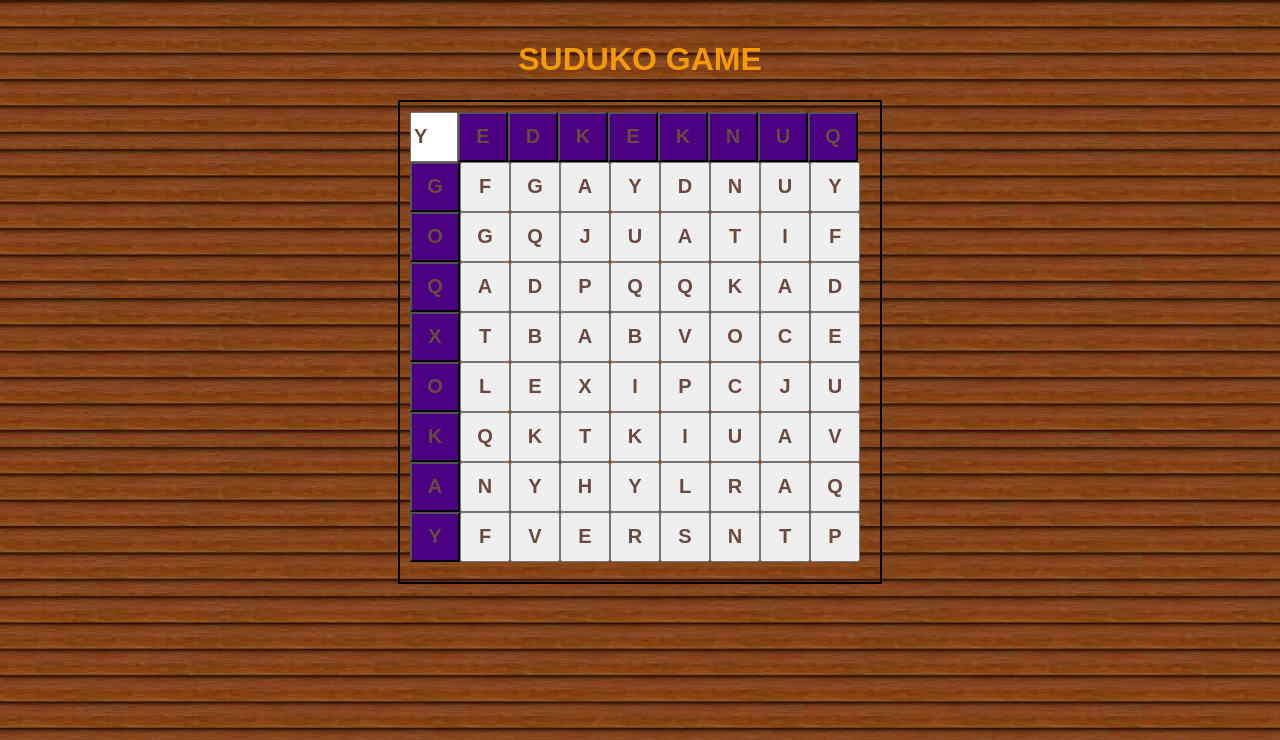
Repository: ahmad8969/Suduko-Game-React-App
Page: /, after clicking the first element matching `#\30 0`
The author's editor kept a copy of each file at every save. The page is drawn from the files as they stood at one save, then again after the next save.
The browser window is 1280 px wide. The pictures show the whole page.
Some web fonts or font styles are not loaded; a fallback is used. The project was rebuilt for these pictures with package versions that can differ from the ones it lists, and the page was loaded fresh each time.

Above is the page before, as saved 2021-03-04 19:12:50.

### src/index.js
import React from 'react';
import ReactDOM from 'react-dom';
import './index.css';
import Board from './board';
import reportWebVitals from './reportWebVitals';

ReactDOM.render(
  <React.StrictMode>
    <Board />
  </React.StrictMode>,
  document.getElementById('root')
);

// If you want to start measuring performance in your app, pass a function
// to log results (for example: reportWebVitals(console.log))
// or send to an analytics endpoint. Learn more: https://bit.ly/CRA-vitals
reportWebVitals();

### src/board.js
import React  from 'react';   //{useState}
import './App.css';
import Block from './components/block'
import NineBlock from './components/nineBlockComponent';


function Board () {
  const nine_block_Element_into_Nine = [1,2,3,4,5,6,7,8,9];
  const single_block_Into_Nine = [1,2,3,4,5,6,7,8,9];
  // const [isClicked,  setIsClicked]= useState(false);


  const Click = (idOfSpecificButton,i,j,e) =>{
    document.getElementById(idOfSpecificButton).style.color="green"
    XaxisSelection(i);
    YaxisSelection(j);
    DiagonalSelectionUpward(idOfSpecificButton);
    DiagonalSelectionDownward(idOfSpecificButton);
    DiagonalSelectionDownwardLeftDown(idOfSpecificButton);
    DiagonalSelectionUpwardLeftUp(idOfSpecificButton);
    // setIsClicked(idOfSpecificButton);
  }
  const XaxisSelection = (i)=>{
    for(let xAxis= 0; xAxis<=8; xAxis++){
      let creatId= i+ xAxis;
      document.getElementById(creatId).style.backgroundColor="indigo"
    }
  }

  const YaxisSelection = (i)=> {
    for(let xAxis1= 0; xAxis1<=8; xAxis1++){
      let creatId=  xAxis1 +i;

      document.getElementById(creatId).style.backgroundColor="indigo"
    }
  }

  const DiagonalSelectionUpward = (selectedId)=>{
  let array_of_length= nine_block_Element_into_Nine.length;
  console.log(array_of_length);
  console.log(typeof(array_of_length));
  let get_the_id_of_current_box= parseInt(selectedId);
  console.log(get_the_id_of_current_box);
    for(let hello=get_the_id_of_current_box; hello>=0; hello-=array_of_length){
      if(hello<=9){
        if(hello==9){
          return;
        }else{
        var concatination = 0+`${hello}`;
        document.getElementById(concatination).style.backgroundColor="indigo";}
      } else if(hello==19 || hello==29 || hello==39 || hello==49 || hello==59 || hello==69 || hello==79){
        return;
      }
      else{
        document.getElementById(hello).style.backgroundColor="indigo";
      }

    }
  }
        const DiagonalSelectionUpwardLeftUp = (selectedId)=>{
          let array_of_length= 2 + nine_block_Element_into_Nine.length;
          console.log(array_of_length);
          console.log(typeof(array_of_length));
          let get_the_id_of_current_box= parseInt(selectedId);
          console.log(get_the_id_of_current_box);
            for(let hello=get_the_id_of_current_box; hello>=0; hello-=array_of_length){
              if(hello<=9){
                var concatination = 0+`${hello}`;
                document.getElementById(concatination).style.backgroundColor="indigo";
                return;

              } else if( hello==9 || hello==19 || hello==29 || hello==39 || hello==49 || hello==59 || hello==69 || hello==79){
                return;
              }
              else{
                document.getElementById(hello).style.backgroundColor="indigo";
              }

            }
          }


        const DiagonalSelectionDownward= (selectedId)=>{
          let array_of_length= nine_block_Element_into_Nine.length;
          console.log(array_of_length);
          console.log(typeof(array_of_length));
          let get_the_id_of_current_box= parseInt(selectedId);
          console.log(get_the_id_of_current_box);
    for(let hello=get_the_id_of_current_box; hello<=88; hello+=array_of_length){
      if(hello==0){
        return;
      }
      else if(hello<=9){
        var concatination = 0+`${hello}`;
        document.getElementById(concatination).style.backgroundColor="indigo";
      } else if(hello==19 || hello==29 || hello==39 || hello==49 || hello==59 || hello==69 || hello==79){
        return;
      }
      else{
        document.getElementById(hello).style.backgroundColor="indigo";
      }

    }
        }
        const DiagonalSelectionDownwardLeftDown= (selectedId)=>{
          let array_of_length= 2 +  nine_block_Element_into_Nine.length;
  console.log(array_of_length);
  console.log(typeof(array_of_length));
  let get_the_id_of_current_box= parseInt(selectedId);
  console.log(get_the_id_of_current_box);
    for(let hello=get_the_id_of_current_box; hello<=88; hello+=array_of_length){
      if(hello==0){
        return;
      }
      else if(hello<=9){
        var concatination = 0+`${hello}`;
        document.getElementById(concatination).style.backgroundColor="indigo";
      } else if( hello==19 || hello==29 || hello==39 || hello==49 || hello==59 || hello==69 || hello==79){
        return;
      }
      else{
        document.getElementById(hello).style.backgroundColor="indigo";
      }

    }
        }
        const gettingRandomNumber = () => {
          let random = Math.floor(Math.random() * (65 - 90)) + 90;
          const character = String.fromCharCode(random);
          return character;
        }



  return (

    <div className="App">
    <h1>SUDUKO GAME </h1>
    <div className="board_nine_block_Style">
    {nine_block_Element_into_Nine.map((s,i)=>{
      return(
      <div>
      <NineBlock id={i}>
        {single_block_Into_Nine.map((s,j)=>


          <Block rowId={i} value={gettingRandomNumber()} click={(e)=>{Click(`${i}${j}`,`${i}`,`${j}`,e)}} colId={j} keys={`${i}${j}`}></Block>

        )}

      </NineBlock>
      </div>
      )
    })
    }
    </div>
    </div>
  );
}

export default Board;

### src/App.css
@import url('http://fonts.cdnfonts.com/css/game');
.App {
  text-align: center;
  background-image: url('images/download.jpg');
  color:rgb(245, 154, 7);
  padding-top:20px;
  font-family: 'GAME', sans-serif;
  /* display: flex; */
   height: 100vh !important;
  /* width: 490px !important; */
  margin: 0 auto;

}

.board_nine_block_Style{
  height: 460px !important;
  width: 460px !important;
  border:2px solid black !important;
  padding: 10px;
  margin:  auto !important;
  /* display: flex; */
  /* grid-column-gap: 0px !important;
  grid-row-gap: 0px !important;
  grid-template-columns:repeat(3,1fr)!important; */
}
.heading{
  color: white;
  text-align:center;
  padding-top:50px!important;
  /* margin-top: 10px!important; */
  font-size: 30px;

}


/* @keyframes App-logo-spin {
  from {
    transform: rotate(0deg);
  }
  to {
    transform: rotate(360deg);
  }
} */

### src/components/block.js
import React, {useState} from 'react';

import './block.css';


const Block = (props)=>{
    var uniqueId = `${props.rowId}`+ `${props.colId}` ;
    const[value, setValue]= useState(props.value)
    const[isClicked, setIsClicked]= useState(false);

    const changeState = (e) => {
        props.click();
        setIsClicked(!isClicked);
    }
    const onChangeHandler = (e) =>{
        let getting_Current_Value = e.target.value;
        console.log(getting_Current_Value);
        setValue(getting_Current_Value)
    }
    const onKeyUpHandler = (e) =>{
        if(e.keyCode ===13){
            setIsClicked(!isClicked);
        }
    }

    if(isClicked){
        return <input className="inputStyle" value={value} onKeyUp={(e)=>{onKeyUpHandler(e)}} onChange={(e) => {onChangeHandler(e)}} type="text"/>;
    }

return(
    <div className="button_block">
    <button id={props.keys} onClick={(e)=>{changeState(e);}} value={value}> {value}</button>
    </div>

)
}

export default Block;

### src/components/nineBlockComponent.js
import React from 'react';
import Block from './block'
import './block.css'

const NineBlockBox = (props) =>{

    return (
        <div className="nine_block_Style">
            {props.children}
        </div>
    )
}
export default NineBlockBox;




// {single_block_Into_Nine.map((s,i)=>{
//     let random = Math.floor(Math.random() * (49 - 57)) + 57;
//     const character = String.fromCharCode(random);

//   return(
//     <div>
//       {/* <Block keyId={i} boardId={props.id}  number={character}/> */}
//       {props.children}
//       </div>
//   )
//   })}

### src/components/block.css
.button_block button{
    height: 50px !important;
    width: 50px !important;
    /* background-image: url('../images/wood.jpg'); */
    /* background-color: aquamarine !important; */
    margin: 0!important;
    font-size: 20px!important;
    font-weight:600;
    /* color:rgb(109,84,62); */
    color: #6a4940;
}
.nine_block_Style{
    /* height: 150px !important;
    width: 150px !important; */
    /* border:2px solid rgb(245, 154, 7) !important; */
    display: flex;
    /* margin: auto!important; */

    /* grid-template-columns:repeat(3,1fr)!important;
    grid-column-gap: 0px !important;
    grid-row-gap: 0px !important; */
}
.button_block1{
    height: 40px !important;
    width: 40px !important;
    /* background-image: url('../images/wood.jpg'); */
    /* background-color: aquamarine !important; */
    margin: 0!important;
    font-size: 20px!important;
    font-weight:600;
    /* border:2px solid black; */
    /* color:rgb(109,84,62); */
    color: #6a4940;
}
.inputStyle{
    width:40px !important;
    height:44px !important;
    font-size:20px !important;
    font-weight:600;
    color: #6a4940;
}

Loaded but not shown: public/index.html (common file); src/index.css (common file); src/reportWebVitals.js (common file)

After the next save:
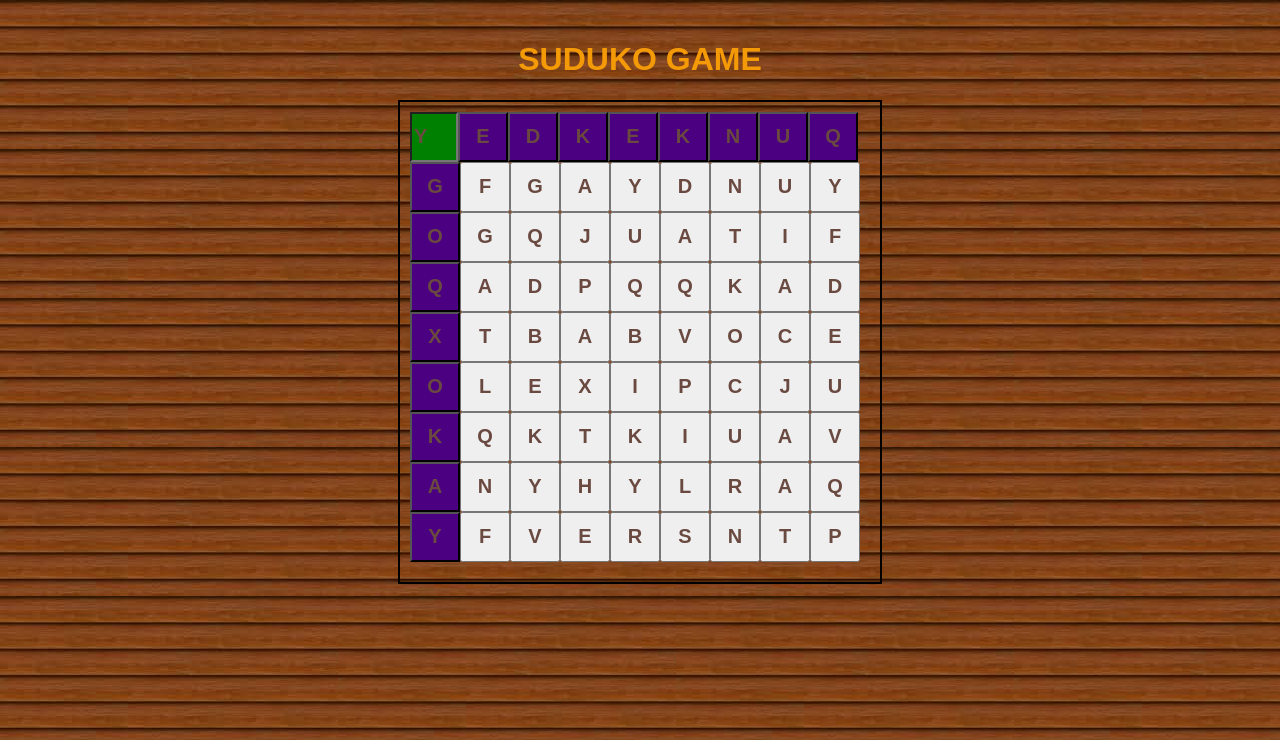
Saved 5 min 4 s later.
--- a/src/components/block.css
+++ b/src/components/block.css
@@ -38,4 +38,5 @@
     font-size:20px !important;
     font-weight:600;
     color: #6a4940;
+    background-color: green !important;
 }
